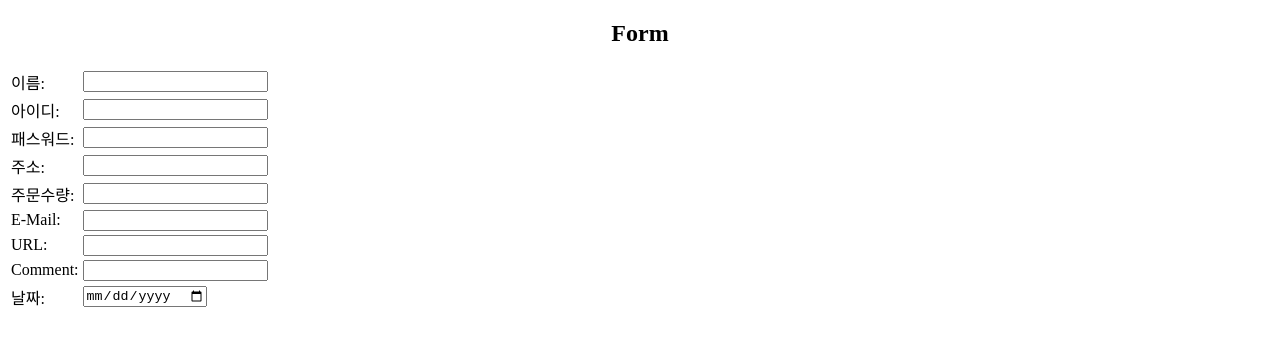
Repository: gyujin91/JSP
Page: web01/src/main/webapp/form.html
An editor plug-in stored every save of this project. The page is shown before and after the next save, followed by the edit.
The browser window is 1280 px wide. The pictures show the whole page.

Above is the page before, as saved 2022-04-22 05:16:28.

After the next save:
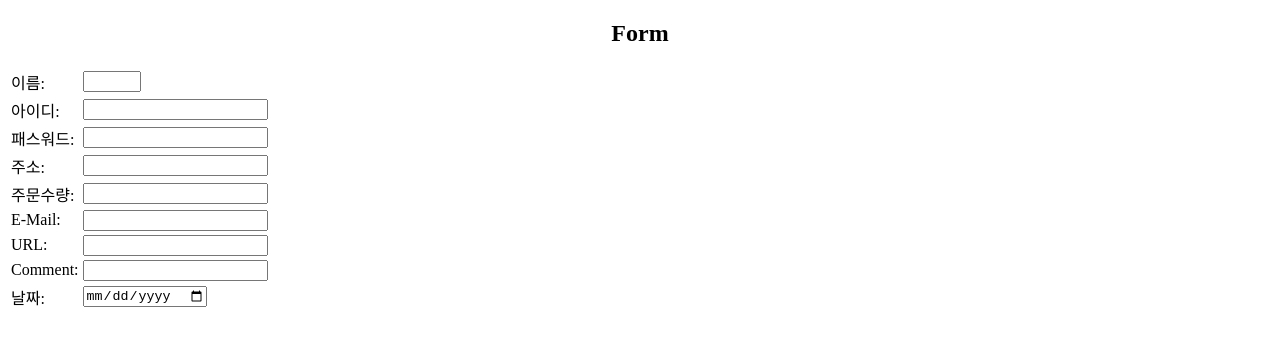
Saved 26 s later.
--- a/web01/src/main/webapp/form.html
+++ b/web01/src/main/webapp/form.html
@@ -5,6 +5,7 @@
 <link rel="stylesheet" type="text/css" href="">
 <style>
 .form{text-align: center;}
+.input1{width: 50px;}
 </style>
 
 <title>Form Sample</title>
